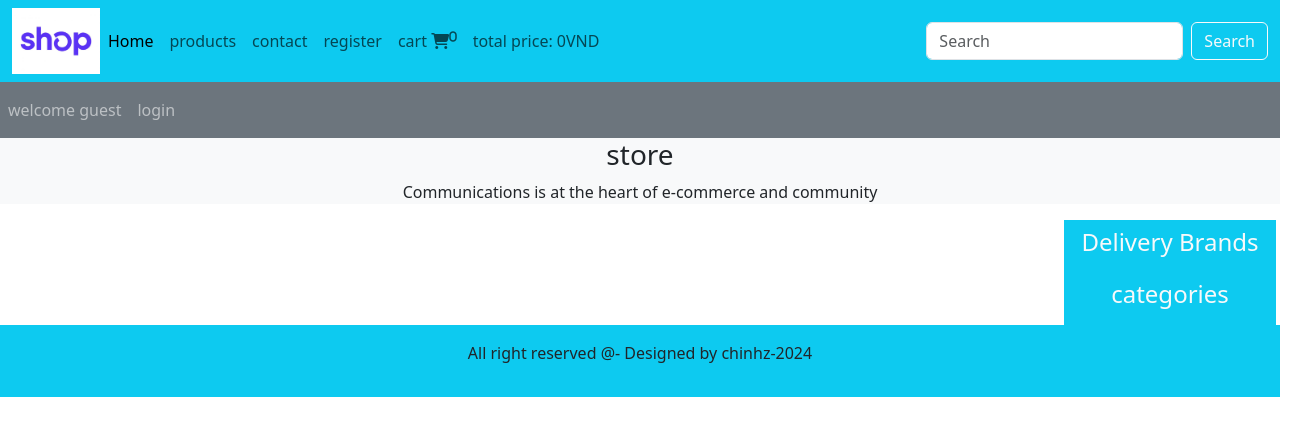
Repository: hahuuchinh2501/ecommerce_web
Page: http://localhost/
An editor plug-in stored every save of this project. The page is shown before and after the next save, followed by the edit.
The browser window is 1280 px wide. The page is 1292 px wide, then 1280 px, then 1292 px, so the pictures cover 1292 px, including what lies to the right of the window. The pictures show the whole page.
The page is run by PHP 8.4 with error messages shown; the project is at /var/www/html/. Queries for data that is not in the repository find no rows.

Above is the page before, as saved 2025-02-14 10:35:00.

After the next save:
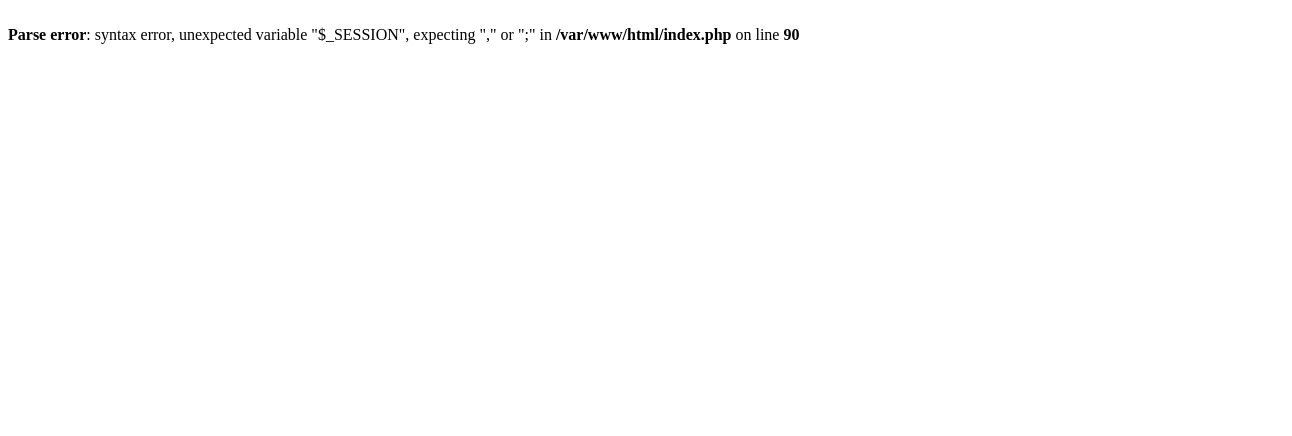
Saved 40 min 57 s later.
--- a/index.php
+++ b/index.php
@@ -81,6 +81,15 @@
                     <a class="nav-link" href="#">welcome guest</a>
                 </li>
                 <?php
+                    if (!isset($_SESSION['username'])) {
+                    echo "   <li class='nav-item'>
+                    <a class='nav-link' href='#'>welcome guest</a>
+                </li>";
+                } else {
+                    echo "    <li class='nav-item'>
+                    <a class='nav-link' href='#'>welcome ."$_SESSION['username']."</a>
+                </li>";
+                }
                 if (!isset($_SESSION['username'])) {
                     echo "  <li class='nav-item'>
                     <a class='nav-link' href='./users_area/user_login.php'>login</a>

After the save that followed:
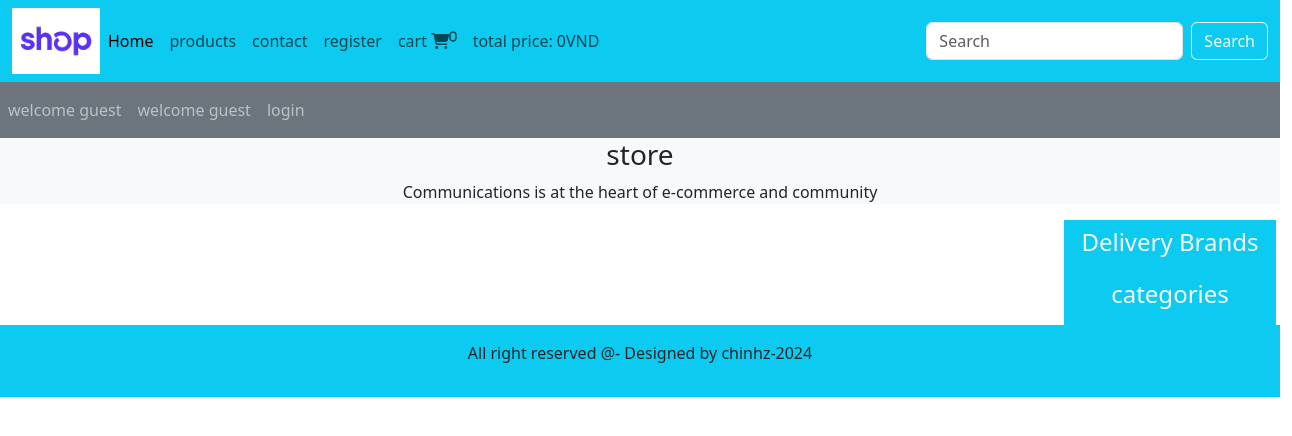
Saved 75 s later.
--- a/index.php
+++ b/index.php
@@ -81,13 +81,13 @@
                     <a class="nav-link" href="#">welcome guest</a>
                 </li>
                 <?php
-                    if (!isset($_SESSION['username'])) {
+                if (!isset($_SESSION['username'])) {
                     echo "   <li class='nav-item'>
                     <a class='nav-link' href='#'>welcome guest</a>
                 </li>";
                 } else {
                     echo "    <li class='nav-item'>
-                    <a class='nav-link' href='#'>welcome ."$_SESSION['username']."</a>
+                    <a class='nav-link' href='#'>welcome " . $_SESSION['username'] . "</a>
                 </li>";
                 }
                 if (!isset($_SESSION['username'])) {
